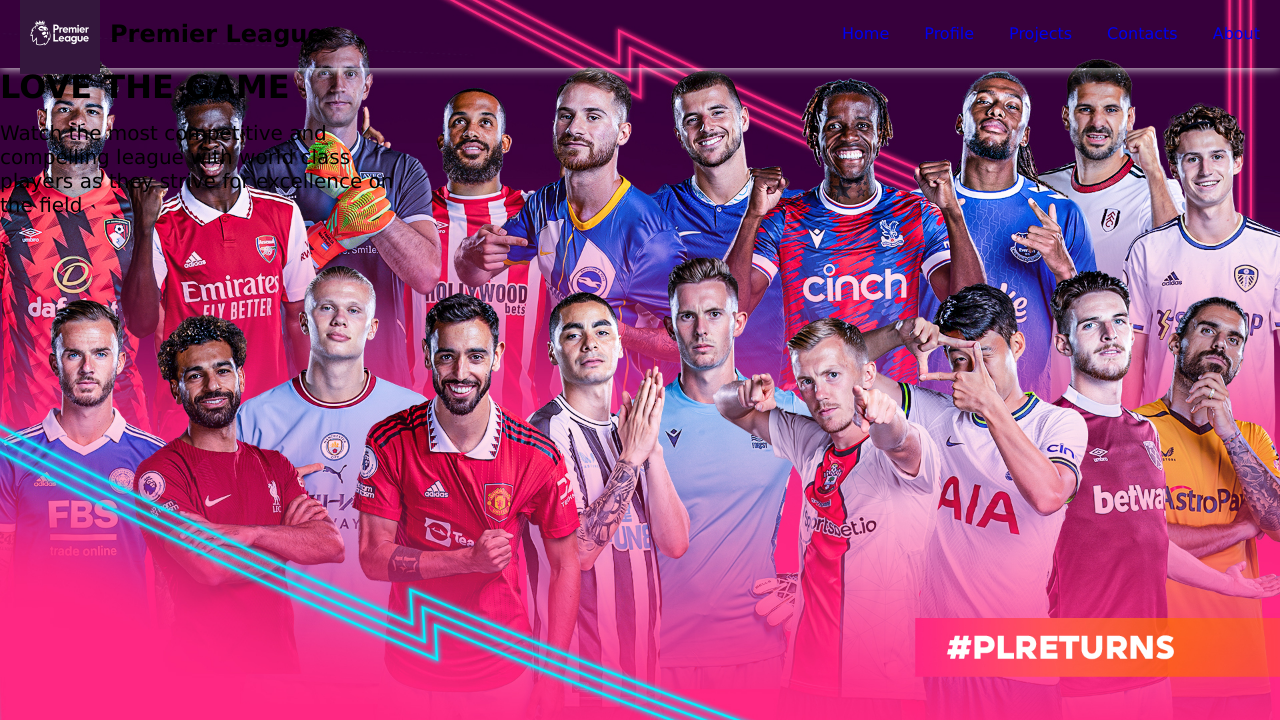
Repository: ogaziesam/simple-landing-page
Page: index.html
These files come from the project's save history. The page is drawn as it stood at one moment and after a run of saves; the edit follows.
The browser window is 1280 px wide. The pictures show the whole page.

Above is the page before, as saved 2023-08-12 08:15:13.

After the next 3 saves:
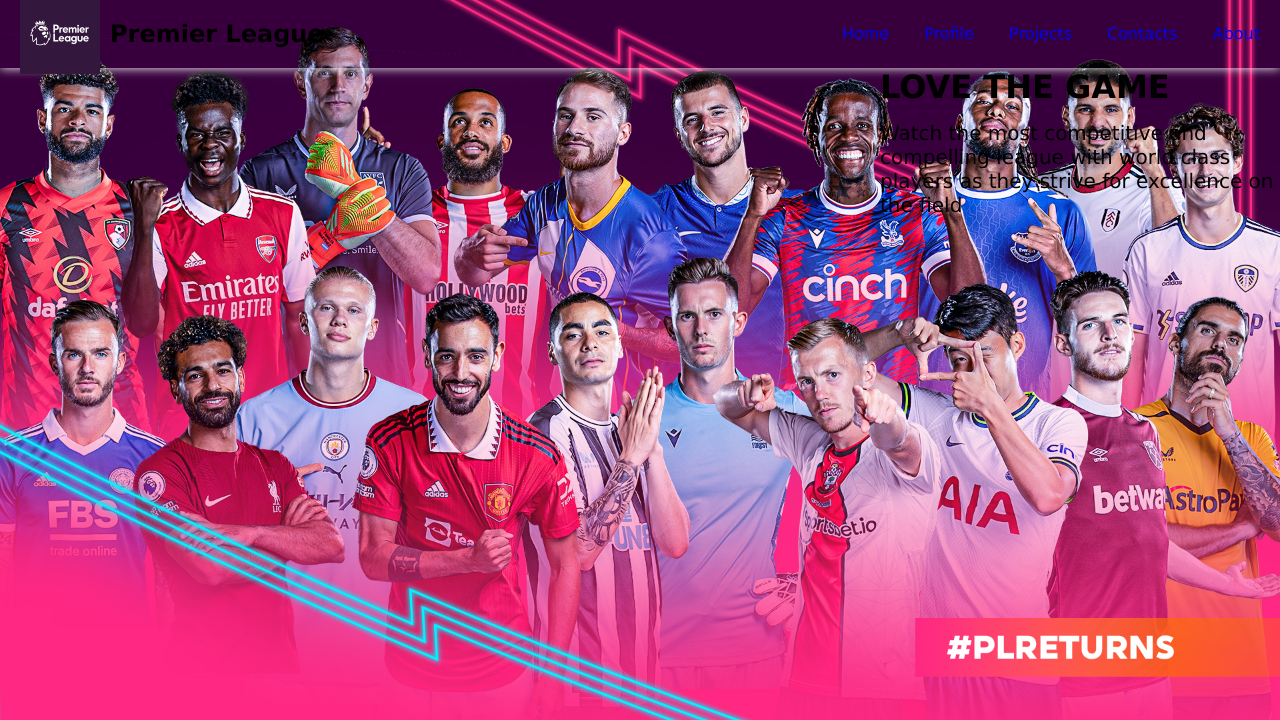
The 3 saves are shown as one change because they came seconds apart.
The last was saved 16 s later.
--- a/resources/css/style.css
+++ b/resources/css/style.css
@@ -52,7 +52,7 @@
 main {
     display: flex;
     align-items: center;
-    justify-content: first baseline;
+    justify-content:end
 
 }
 

After the 2 saves that followed:
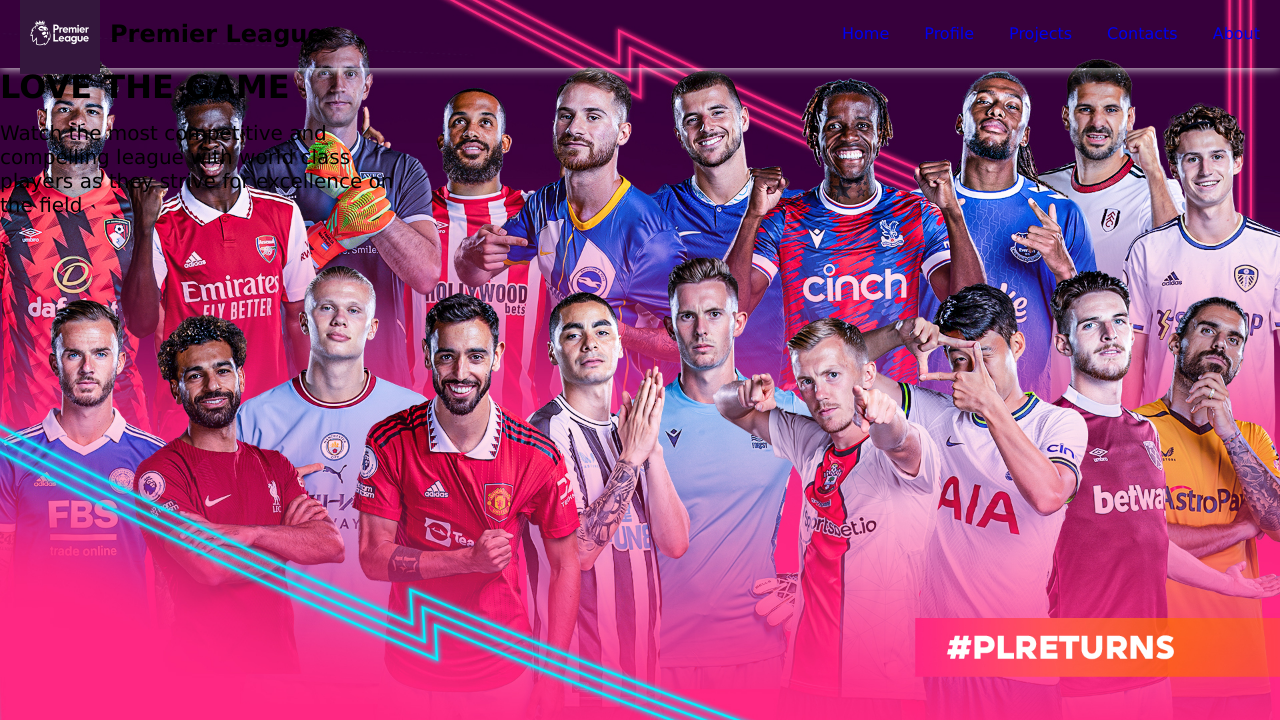
The 2 saves are shown as one change because they came seconds apart.
The last was saved 12 s later.
--- a/resources/css/style.css
+++ b/resources/css/style.css
@@ -52,7 +52,7 @@
 main {
     display: flex;
     align-items: center;
-    justify-content:end
+    justify-content:
 
 }
 
